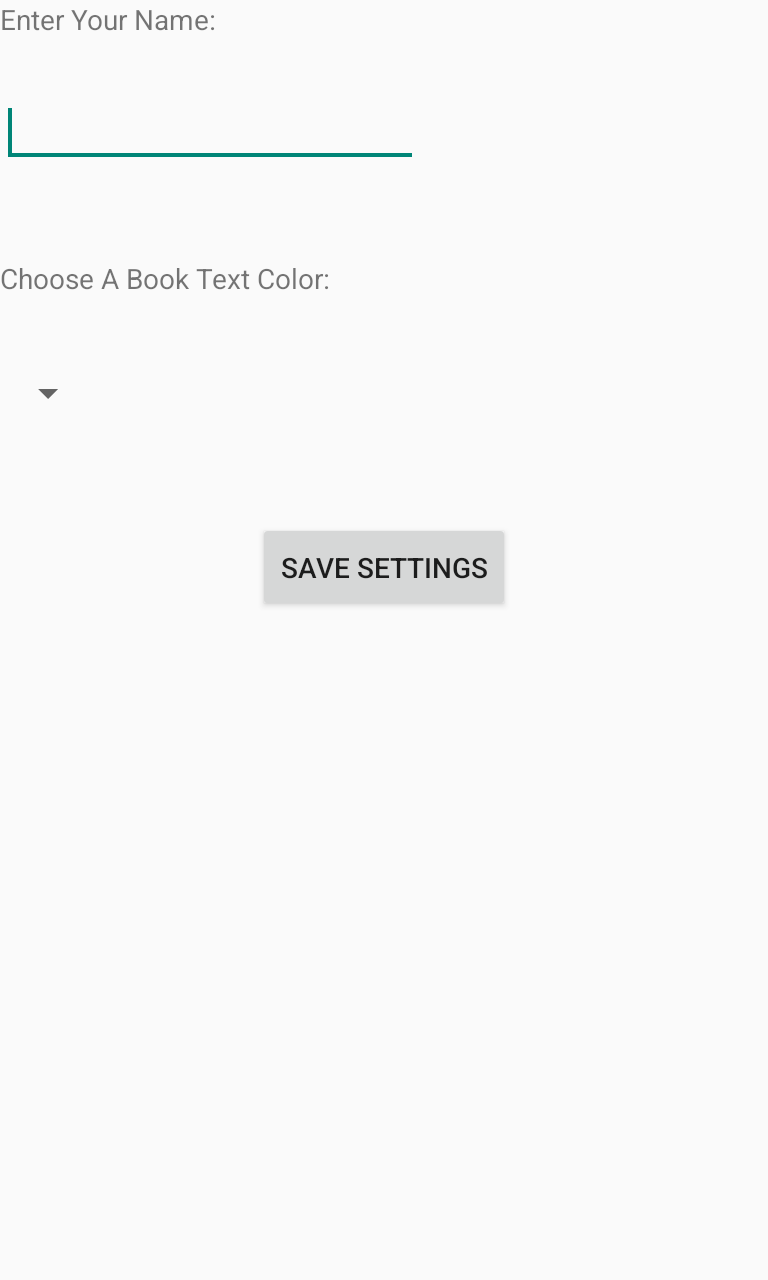
Repository: arianaantonio/MDF3_Antonio
Layout: Readable/res/layout/activity_main.xml
The author's editor kept a copy of each file at every save. The layout is drawn from the files as they stood at one save, then again after the next save.
It is drawn on a 768 x 1280 px phone screen (xhdpi) without system bars, with theme AppTheme; the app's code is not run.

Above is the layout before, as saved 2014-08-21 02:11:34.

### Readable/res/layout/activity_main.xml
<RelativeLayout xmlns:android="http://schemas.android.com/apk/res/android"
    xmlns:tools="http://schemas.android.com/tools"
    android:layout_width="match_parent"
    android:layout_height="match_parent"
    tools:context="${relativePackage}.${activityClass}" >

    <TextView
        android:id="@+id/textView1"
        android:layout_width="wrap_content"
        android:layout_height="wrap_content"
        android:text="@string/username" />

    <EditText
        android:id="@+id/editText1"
        android:layout_width="wrap_content"
        android:layout_height="wrap_content"
        android:layout_alignParentLeft="true"
        android:layout_below="@+id/textView1"
        android:layout_marginTop="25dp"
        android:ems="10" >

        <requestFocus />
    </EditText>

    <TextView
        android:id="@+id/textView2"
        android:layout_width="wrap_content"
        android:layout_height="wrap_content"
        android:layout_alignParentLeft="true"
        android:layout_below="@+id/editText1"
        android:layout_marginTop="44dp"
        android:text="@string/backgroundColor" />

    <Spinner
        android:id="@+id/spinner1"
        android:layout_width="wrap_content"
        android:layout_height="wrap_content"
        android:layout_alignParentLeft="true"
        android:layout_below="@+id/textView2"
        android:layout_marginTop="36dp" />

    <Button
        android:id="@+id/button1"
        android:layout_width="wrap_content"
        android:layout_height="wrap_content"
        android:layout_below="@+id/spinner1"
        android:layout_centerHorizontal="true"
        android:layout_marginTop="51dp"
        android:text="@string/button" />

</RelativeLayout>

### Readable/res/values/strings.xml
<?xml version="1.0" encoding="utf-8"?>
<resources>

    <string name="app_name">Readable</string>
    <string name="username">Enter Your Name:</string>
    <string name="nextBook">Next Book:</string>
    <color name="lavender">#cba1e6</color>
    <string name="backgroundColor">Choose A Book Text Color:</string>
    <string name="button">Save Settings</string>
    <dimen name="widget_margin">8dp</dimen>
    <string name="widget_button">Book Details On Amazon</string>
    <string name="detailactivity">Book Details</string>
    <color name="black">#000000</color>

</resources>

Loaded but not shown: Readable/res/values/styles.xml (common file); Readable/res/values-v11/styles.xml (common file); Readable/res/values-v14/styles.xml (common file)

After the next save:
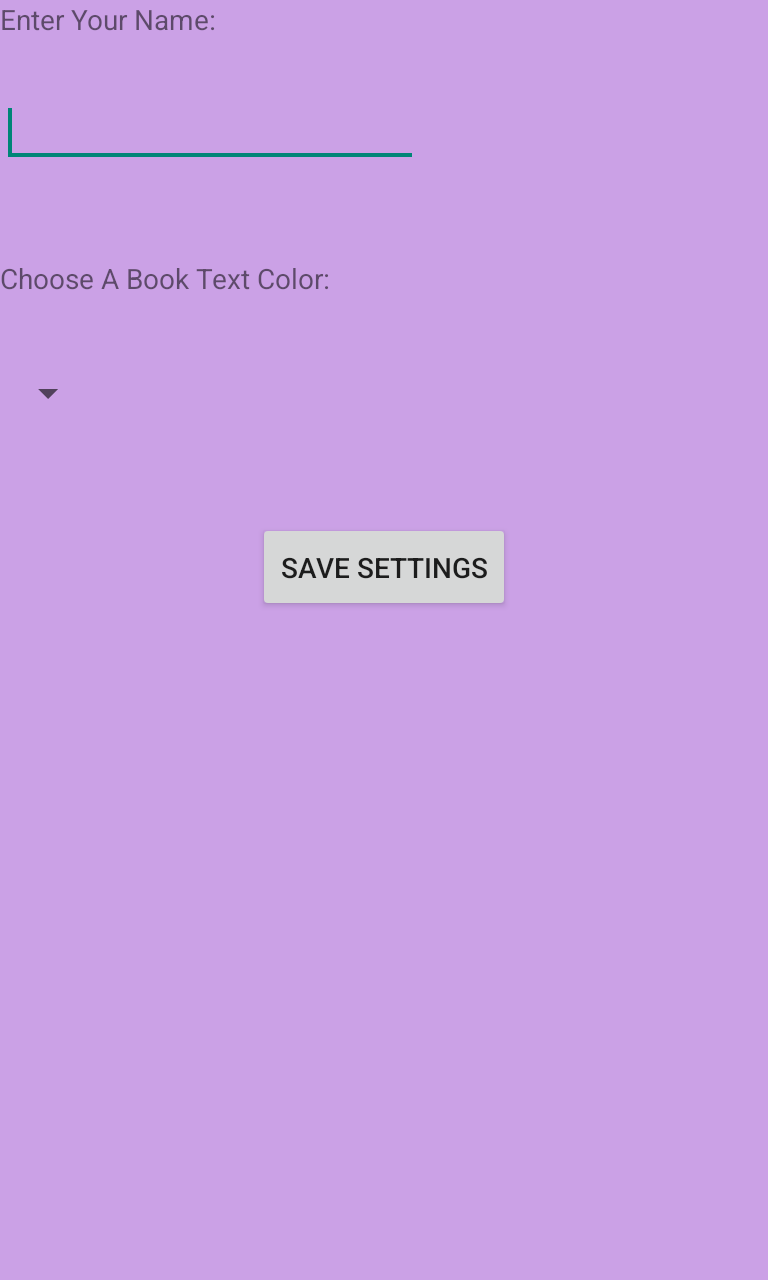
Saved 98 s later.
--- a/Readable/res/layout/activity_main.xml
+++ b/Readable/res/layout/activity_main.xml
@@ -2,7 +2,8 @@
     xmlns:tools="http://schemas.android.com/tools"
     android:layout_width="match_parent"
     android:layout_height="match_parent"
-    tools:context="${relativePackage}.${activityClass}" >
+    tools:context="${relativePackage}.${activityClass}"
+    android:background="@color/lavender" >
 
     <TextView
         android:id="@+id/textView1"
